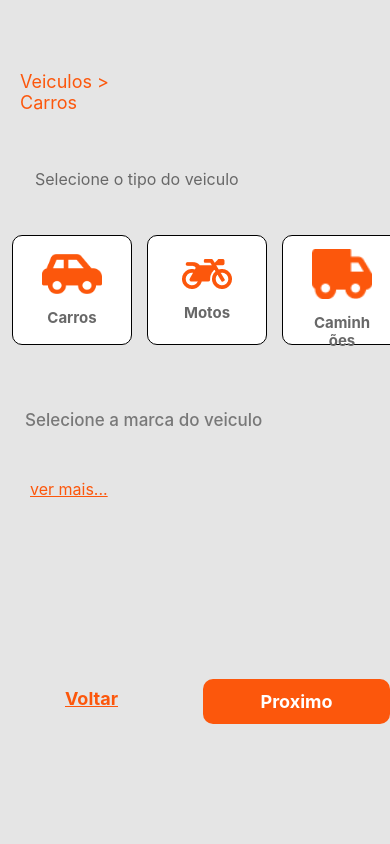
Repository: KevynMarques/React-Native-Koob
Screen: /Page1
These files come from the project's save history. The screen is drawn as it stood at one moment and after the next save; the edit follows.
The page's requests for data from a server got no answer. The app was drawn by React Native's web renderer in a window 390 px wide. The project was rebuilt for these pictures with package versions that can differ from the ones it lists, and the page was loaded fresh each time. No one was signed in, and anything a server would have sent is missing. Also part of the build but not shown: src/Components/Buttons/ButtonTruck/index.tsx, src/Components/Buttons/ButtonMoto/index.tsx.

Above is the screen before, as saved 2022-02-13 13:58:16.

### App.tsx
import { StatusBar } from 'expo-status-bar';
import { Text, View } from 'react-native';
import Routers from './src/routes';

export default function App() {
  return (
      <>
      <StatusBar style="auto" />
      <Routers />
      </>
  );
}

### src/routes.tsx
import React from "react";
import { NavigationContainer } from "@react-navigation/native";
import { createNativeStackNavigator } from "@react-navigation/native-stack";

import Home from "./Screens/Home/index";
import Page1 from "./Screens/Page1/index";
import Page2 from "./Screens/Page2/page2";
import Page3 from "./Screens/Page3/page3";
import Page4 from "./Screens/Page4/page4";

const Stack = createNativeStackNavigator();

export default () =>{
  return(
  <NavigationContainer>
    <Stack.Navigator>

     <Stack.Screen
       name="Home"
       component={Home}
       options={{headerShown: false}}
     />

    <Stack.Screen
       name="Page1"
       component={Page1}
       options={{headerShown: false}}
     />
    </Stack.Navigator>
  </NavigationContainer>


  );
}

### src/Screens/Home/index.tsx
import React from "react";
import { View, Text } from "react-native";
import {
  Tittle, SubTittle,
  Description, Box, TittleBox, Car
 } from "./Styled";
 import {useNavigation} from '@react-navigation/native'
 import { ContainerP } from "../../Components/ContainerPrincipal/style";

export default () =>{
  const navigation = useNavigation();
  return (
  <ContainerP>
    <Tittle>
      <Text> Olá </Text>
    </Tittle>

     <SubTittle>
      <Text> Bem vindo ao BRApp. </Text>
     </SubTittle>

     <Description>
      <Text>
       Aqui é possivel realizar buscas das informacoes mais relevantes, basta selecionar um tema abaixo.
       </Text>
     </Description>

     <Box
     onPress={()=> navigation.navigate('Page1')}
     >
       <Car
        source={require('../../Assets/CarHome.png')}
        />
       <TittleBox>
         <Text>Veiculos</Text>
      </TittleBox>
      </Box>
      </ContainerP>
  );

}

### src/Screens/Page1/index.tsx
import React, {useState} from "react";
import { Sequencia, ContainerTroca } from "./style";
import { Description } from "../Home/Styled";
import { TextCar, IconCar } from "../../Components/Buttons/ButtonCarro/style";
import { ButtonCycle } from "../../Components/Buttons/ButtonMoto/Style";
import { ButtonTrucks, TextTruck, IconTruck} from "../../Components/Buttons/ButtonTruck/style";
import { IconMoto, TextMoto } from "../../Components/Buttons/ButtonMoto/Style";
import { SelectMarca } from "../../Components/Tittles&Textos";
import { BotaoCarros } from "../../Components/Buttons/ButtonCarro/style";
import { Scroll } from "./style";
import { Voltar, TextVoltar } from "../../Components/Buttons/ButtonVoltar";
import ButtonTruck from "../../Components/Buttons/ButtonTruck";
import ButtonCarro from "../../Components/Buttons/ButtonCarro";
import ButtonMoto from "../../Components/Buttons/ButtonMoto";
import {useNavigation} from '@react-navigation/native'
import { Proximo, TextProximo} from "../../Components/Buttons/ButtonProximo/style";
import { ContainerP } from "../../Components/ContainerPrincipal/style";



export default () =>{
  const [trocar, setTrocar]=useState(<ButtonCarro />);

  const navigation = useNavigation();
  return (
    <ContainerP>
<Scroll>
   <Sequencia>
      Veiculos {'>'} Carros
   </Sequencia>

   <Description>Selecione o tipo do veiculo</Description>

   <BotaoCarros onPress={()=>setTrocar(<ButtonCarro/>)}>
       <IconCar
        source={require('../../Assets/CarHome.png')} />
      <TextCar>Carros</TextCar>
       </BotaoCarros>


   <ButtonCycle  onPress={()=>setTrocar(<ButtonMoto/>)} >
        <IconMoto  source={require('../../Assets/Moto.png')}  />
        <TextMoto>Motos</TextMoto>
   </ButtonCycle>

   <ButtonTrucks  onPress={()=>setTrocar(<ButtonTruck/>)} >
        <IconTruck
         source={require('../../Assets/Truck.png')} />
         <TextTruck>Caminhões</TextTruck>
   </ButtonTrucks>

    <SelectMarca>Selecione a marca do veiculo</SelectMarca>
       <ContainerTroca>
         {trocar}
       </ContainerTroca>
       <Voltar  onPress={()=> navigation.navigate('Home')} >
         <TextVoltar>Voltar</TextVoltar>
      </Voltar>
         <Proximo>
         <TextProximo>Proximo</TextProximo>
     </Proximo>
   </Scroll>
   </ContainerP>
  );

}

### src/Screens/Home/Styled.tsx
import {Image} from "react-native";
import styled from "styled-components/native";


export const Tittle = styled.Text`
position: absolute;
width: 73px;
height: 41px;
left: 35px;
top: 77px;
font-family:Arial;
font-style: normal;
font-weight: bold;
font-size: 35px;
line-height: 41px;
color: #686868;

`;

export const SubTittle = styled.Text `

position: absolute;
width: 270px;
height: 29px;
left: 35px;
top: 118px;
font-family:Arial;
font-style: normal;
font-weight: 600;
font-size: 25px;
line-height: 29px;
color: #686868;
`;

export const Description = styled.Text `
  position: absolute;
width: 361px;
height: 47px;
left: 35px;
top: 170px;
font-style: normal;
font-weight: normal;
font-size: 16px;
line-height: 19px;
color: #686868;
`;


export const Box = styled.TouchableOpacity`
position: absolute;
width: 366px;
height: 315px;
left: 30px;
top: 285px;
background: #FAFAFA;
border: 1px solid #FC570C;
border-radius: 10px;
align-items: center;
justify-content: center;
`;

export const TittleBox = styled.Text`
position: absolute;
width: 175px;
height: 48px;
left: 100px;
top: 220px;
font-style: normal;
font-weight: bold;
font-size: 40px;
line-height: 47px;
color: #686868;

`;

export const Car = styled.Image`
 margin-top: -50px;
`;

### src/Components/ContainerPrincipal/style.tsx
import styled from "styled-components/native";


 export const ContainerP = styled.View `
  background: #E5E5E5;
  height: 100%;
 `;

### src/Screens/Page1/style.tsx
import styled from "styled-components/native";


export  const Sequencia = styled.Text `
position: absolute;
width: 140px;
height: 21px;
left: 20px;
top: 71px;
font-style: normal;
font-weight: normal;
font-size: 18px;
line-height: 21px;
color: #FC570C;
`;

export const Scroll = styled.ScrollView `

`;


export const ContainerTroca = styled.View `

`;

### src/Components/Buttons/ButtonCarro/style.tsx
import styled from "styled-components/native";

export const TextCar = styled.Text `
width: 65px;
height: 18px;
text-align: center;
margin-top: 15px;
font-style: normal;
font-weight: bold;
font-size: 15px;
line-height: 18px;
color: #686868;
`;

export const IconCar = styled.Image `
  width: 60px;
  height: 40px;
`;


export const ContainerL = styled.View `
   flex-direction: row;
   flex-wrap: wrap;
   justify-content: space-between;
   margin-top: 470px;
`;

export const ContainerMarcas = styled.Text `
height: 46px;
top: 500px;
border-radius: 10px;
font-weight: bold;
font-size: 18px;
color:#FC570C;
text-align: center;
padding-top: 8px;
padding-left: 5px;
padding-right: 5px;
margin:10px;

`;


export const BotaoCarros = styled.TouchableOpacity `
position: absolute;
width: 120px;
height: 110px;
left: 12px;
top: 185px;
border: 1px solid #000000;
border-radius: 10px;
margin-top: 50px;
align-items: center;
justify-content: center;
z-index: 9999;
background-color: #ffffff;
`;

### src/Components/Buttons/ButtonMoto/Style.tsx
import styled from "styled-components/native";
import { TextCar } from "../ButtonCarro/style";

export const IconMoto = styled.Image `
  width: 50px;
  height: 30px;


`;

export const ButtonCycle = styled.TouchableOpacity`
 margin-left:135px;
 position: absolute;
width: 120px;
height: 110px;
left: 12px;
top: 185px;
border: 1px solid #000000;
border-radius: 10px;
margin-top: 50px;
align-items: center;
justify-content: center;
z-index: 9999;
background-color: #ffffff;
`;


export const TextMoto = styled(TextCar)`


`;

### src/Components/Buttons/ButtonTruck/style.tsx
import styled from "styled-components/native";
import { TextCar } from "../ButtonCarro/style";

export const ButtonTrucks = styled.TouchableOpacity `
 margin-left: 270px;
position: absolute;
width: 120px;
height: 110px;
left: 12px;
top: 185px;
border: 1px solid #000000;
border-radius: 10px;
margin-top: 50px;
align-items: center;
justify-content: center;
z-index: 9999;
background-color: #ffffff;
`;

export const IconTruck = styled.Image `
  width: 60px;
  height: 50px;
`;


export const TextTruck = styled(TextCar) `

`;

### src/Components/Tittles&Textos/index.tsx
import styled from "styled-components/native";


export  const SelectMarca = styled.Text `

position: absolute;
width: 250px;
height: 20px;
left: 25px;
top: 410px;
font-style: normal;
font-weight: 500;
font-size: 17px;
line-height: 20px;
color: #787878;
`;

### src/Components/Buttons/ButtonVoltar/index.tsx
import styled from "styled-components/native";


export const Voltar = styled.TouchableOpacity `
height: 21px;
left: 65px;
top: 170px;
`;

export const TextVoltar = styled.Text `
font-style: normal;
font-weight: bold;
font-size: 18px;
line-height: 21px;
text-decoration-line: underline;
color: #FC570C;
`;

### src/Components/Buttons/ButtonCarro/index.tsx
import React, {useEffect, useState} from "react";
import { VerMais } from "../verMais/style";
import { ContainerL, ContainerMarcas } from "./style";
import { TextoVer } from "../verMais/style";
import { api } from "../../../Services/api";


export default () =>{

  const [abrir, setAbrir] = useState(false);
  const [marcas, setMarcas ] =  useState([]);

 useEffect(() =>{
 api.get('/carros/marcas').then((response)=>{
  setMarcas(response.data)
 }).catch(()=>{
  console.log('Erro api')
 })
 }, [])


 const Ver =() => {
   setAbrir(!abrir);
 }


  return (
 <>
    <ContainerL>
    {abrir ? marcas.map((marcas, key, )=> {

     return (
         <ContainerMarcas
          key={key}>
         {marcas.nome}
         </ContainerMarcas>
        )
      }) : marcas.map((marcas, key, )=> {

      return (
         <ContainerMarcas
          key={key}>
         {marcas.nome}
         </ContainerMarcas>
        )
        }).splice(0,7)}
        </ContainerL>

   <VerMais
   onPress={Ver}
   >
   <TextoVer>{abrir ? 'ver menos...' : 'ver mais...'}</TextoVer>
   </VerMais>

   </>
  );

}

### src/Components/Buttons/ButtonProximo/style.tsx
import styled from "styled-components/native";


export const Proximo = styled.TouchableOpacity `
width: 187px;
height: 45px;
left: 203px;
top: 140px;
background: #FC570C;
border-radius: 10px;
align-items: center;
justify-content: center;
`;

export const TextProximo = styled.Text `

font-style: normal;
font-weight: bold;
font-size: 18px;
line-height: 21px;
color: #FFFFFF;
`;

### src/Services/api.tsx
import axios from "axios";

 export const api = axios.create({
  baseURL:'https://parallelum.com.br/fipe/api/v1'
})

### src/Components/Buttons/verMais/style.tsx
import styled from "styled-components/native";

export const VerMais = styled.TouchableOpacity `

`;

export const TextoVer = styled.Text `
font-style: normal;
font-weight: normal;
font-size: 16px;
line-height: 18px;
text-decoration-line: underline;
color: #FC570C;
margin-top: 10px;
margin-left: 30px;
margin-bottom: 20px;
`;

After the next save:
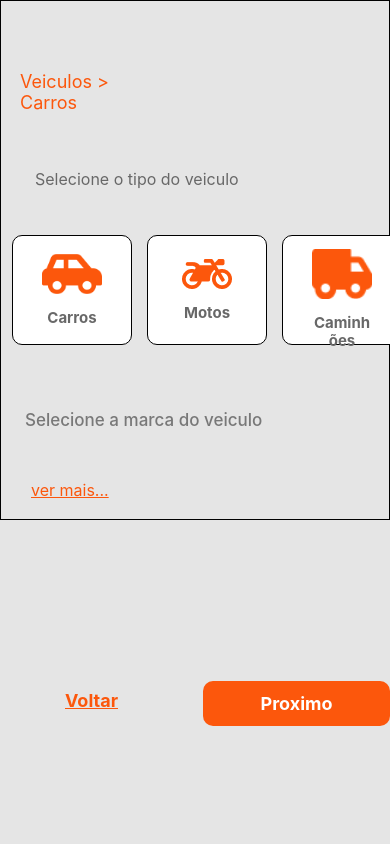
Saved 101 s later.
--- a/src/Screens/Page1/style.tsx
+++ b/src/Screens/Page1/style.tsx
@@ -20,5 +20,5 @@
 
 
 export const ContainerTroca = styled.View `
-
+    border: solid 1px black;
 `;

After the 3 saves that followed:
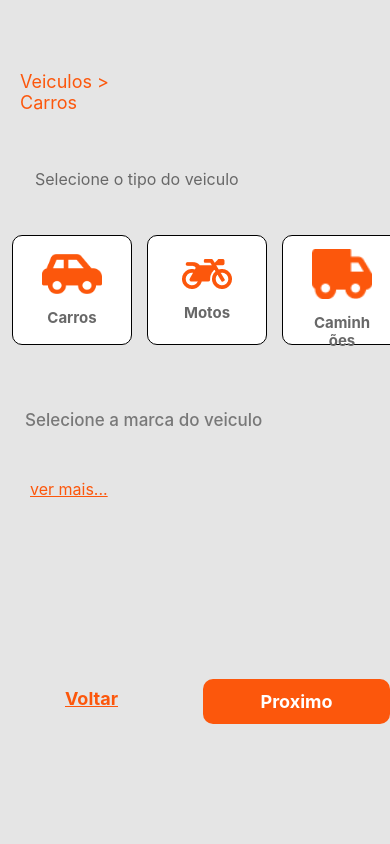
The 3 saves are shown as one change because they came seconds apart.
The last was saved 22 s later.
--- a/src/Screens/Page1/style.tsx
+++ b/src/Screens/Page1/style.tsx
@@ -20,5 +20,5 @@
 
 
 export const ContainerTroca = styled.View `
-    border: solid 1px black;
+
 `;
